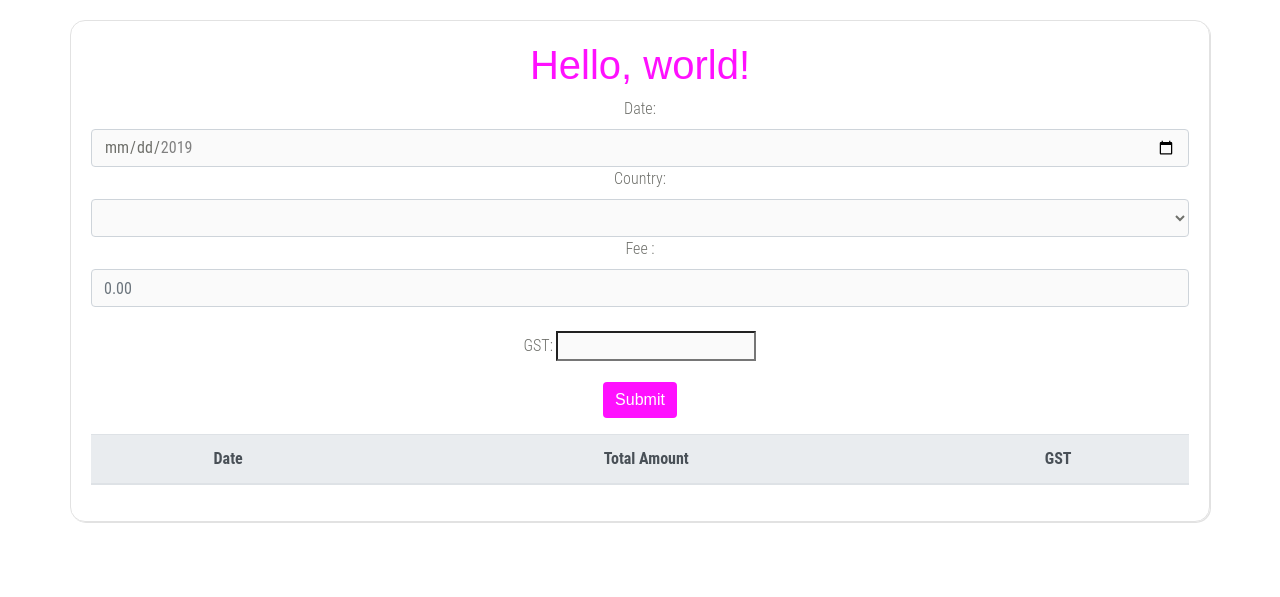
Repository: yucheng91/feesubmissionform
Page: http://localhost/
The author's editor kept a record of every edit. The page is drawn from the files as they stood at one moment, then again after the next edit.
The browser window is 1280 px wide. The pictures show the whole page.
The page is served by the project's application, run on Flask 3 (app.py). Queries for data that is not in the repository find no rows.

Above is the page before.

After the next edit:
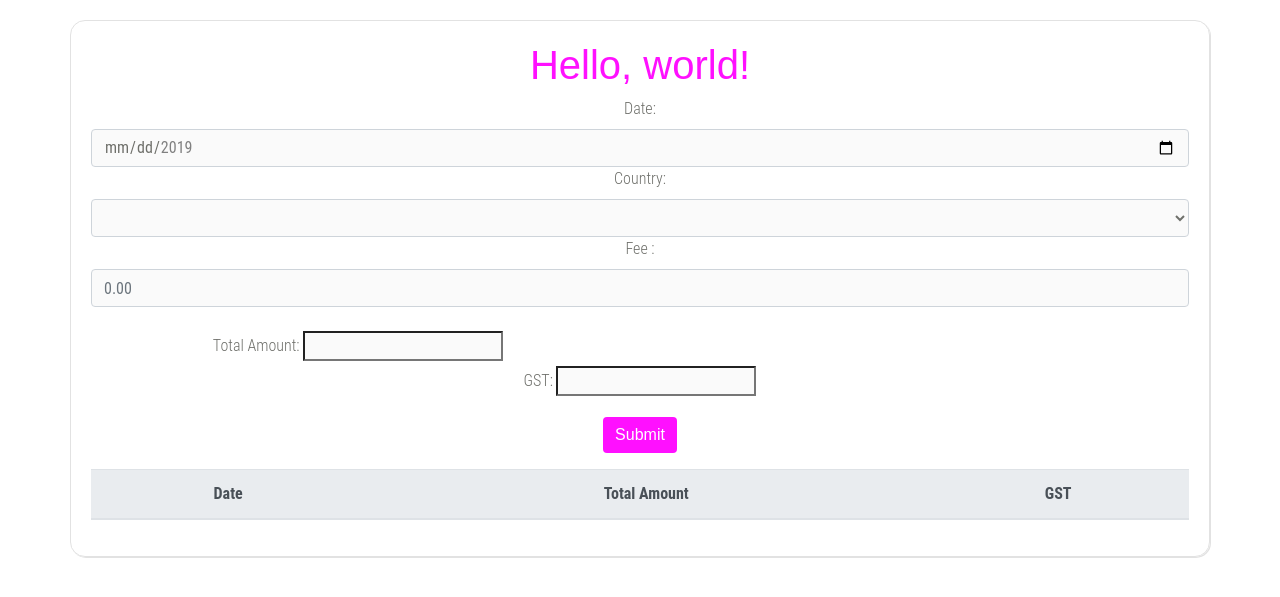
The edit:
--- a/templates/index.html
+++ b/templates/index.html
@@ -44,7 +44,10 @@
               <br>
               <div class="row">
                 <div class="col-12 col-md-6">
-
+                  <label class='label' >
+                    Total Amount:
+                  </label>
+                  <input type="number" name="totalfee" readonly>
                 </div>
                 <div class="col-12 col-md-6">
 
